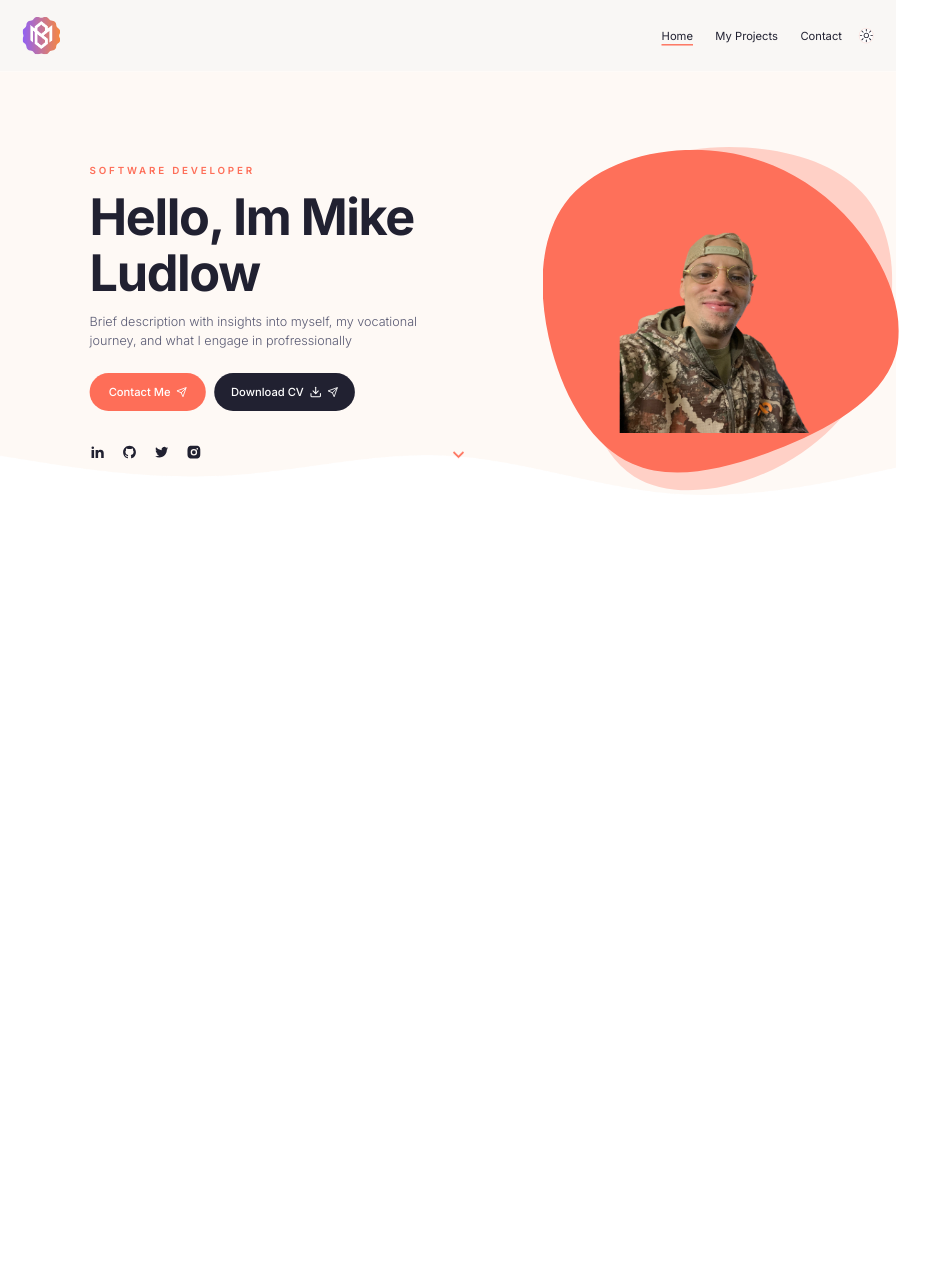
Repository: MikeeBuilds/mike-port
Page: /
The author's editor kept a copy of each file at every save. The page is drawn from the files as they stood at one save, then again after the next save.
The browser window is 1280 px wide. The page is 1316 px wide, then 1344 px, so the pictures cover 1344 px, including what lies to the right of the window. The pictures show the part of the page from y = 0 to 1840 px (the page is 4731 px tall), at 70% of full size.
The project was rebuilt for these pictures with package versions that can differ from the ones it lists, and the page was loaded fresh each time. The framework's server and built-in components were replaced by stand-ins that run in the browser. Also part of the build but not shown: next.config.js, components/Badge.jsx.

Above is the page before, as saved 2023-11-30 11:22:45.

After the next save:
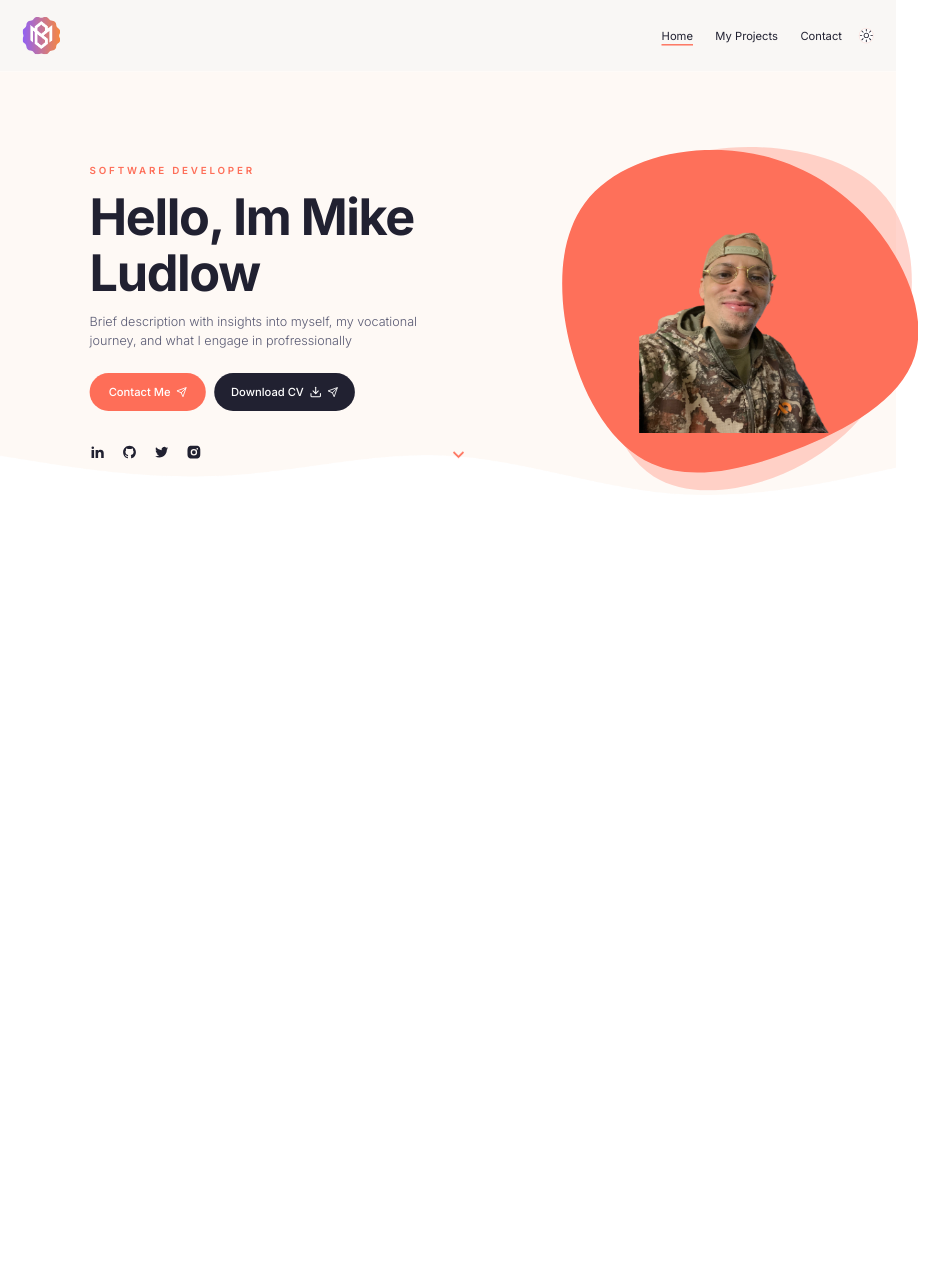
Saved 5 s later.
--- a/components/Hero.jsx
+++ b/components/Hero.jsx
@@ -49,7 +49,7 @@ const Hero = () => {
           />
         </div>
         {/* image */}
-        <div className="hidden xl:flex relative -right-1">
+        <div className="hidden xl:flex relative -right-8">
           <div className="bg-hero_shape2_light dark:bg-hero_shape2_dark w-[500px] h-[500px] bg-no-repeat absolute -top-1 -right-8"></div>
           <DevImg containerStyles="bg-hero_shape w-[510px] h-[462px] bg-no-repeat relative bg-bottom" imgSrc='/hero/developer.png'/>
         </div>
